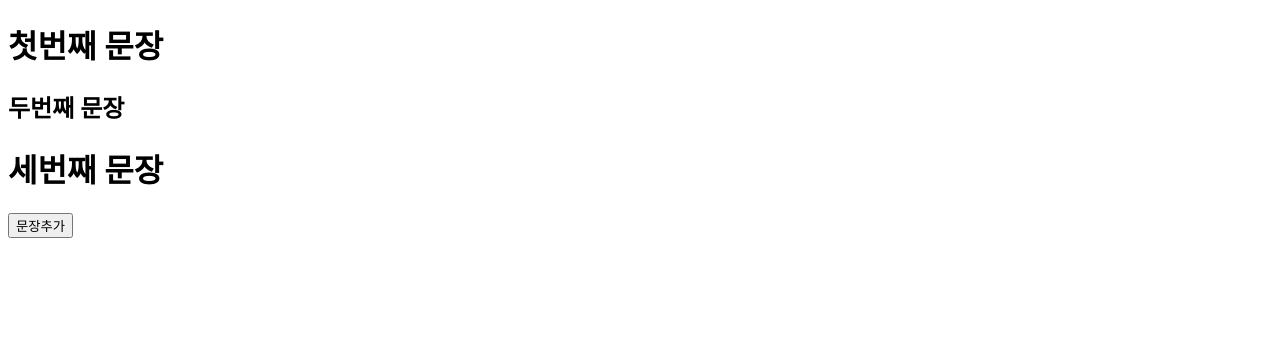
Repository: chopilyeon/JavaWeb
Page: LectureWeb/src/main/webapp/jquery/exam04.html
The author's editor kept a copy of each file at every save. The page is drawn from the files as they stood at one save, then again after a run of saves.
The browser window is 1280 px wide. The pictures show the whole page.

Above is the page before, as saved 2022-05-30 07:56:44.

### LectureWeb/src/main/webapp/jquery/exam04.html
<!DOCTYPE html>
<html>
<head>
<meta charset="UTF-8">
<title>Insert title here</title>

<script src ="https://code.jquery.com/jquery-3.6.0.js"></script>
<script>
$(document).ready(function(){
/*
	$('#btn01').click(function(){
		let h1Tag=document.createElement('h1')
		let text=document.createTextNode("세번째 문장")
		h1Tag.appendChild(text)
		let divTag=document.querySelector('div')
		divTag
		divTag.appendChild(h1Tag)
	})
*/
	$('div').append('<h1>세번째 문장</h1>')
	//div의 자식태그로 넣어주겠다 이거임. 위에꺼보다 훨씬 간단함.



})
</script>



</head>
<body>
	<div>
		<h1>첫번째 문장</h1>
		<h2>두번째 문장</h2>
	</div>
	<button id="btn01">문장추가</button>


</body>
</html>

After the next 3 saves:
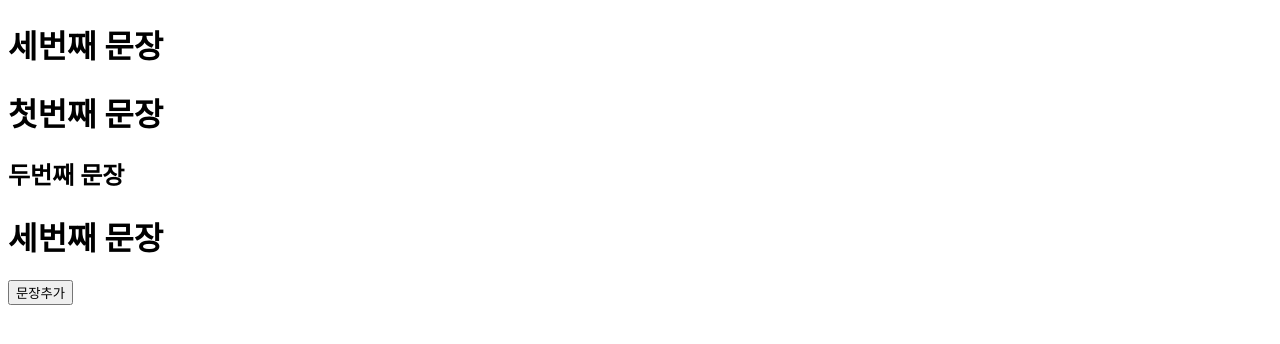
The 3 saves are shown as one change because they came seconds apart.
The last was saved 37 s later.
--- a/LectureWeb/src/main/webapp/jquery/exam04.html
+++ b/LectureWeb/src/main/webapp/jquery/exam04.html
@@ -18,6 +18,7 @@ $(document).ready(function(){
 	})
 */
 	$('div').append('<h1>세번째 문장</h1>')
+	$('div').prepend('<h1>세번째 문장</h1>')
 	//div의 자식태그로 넣어주겠다 이거임. 위에꺼보다 훨씬 간단함.
 
 
